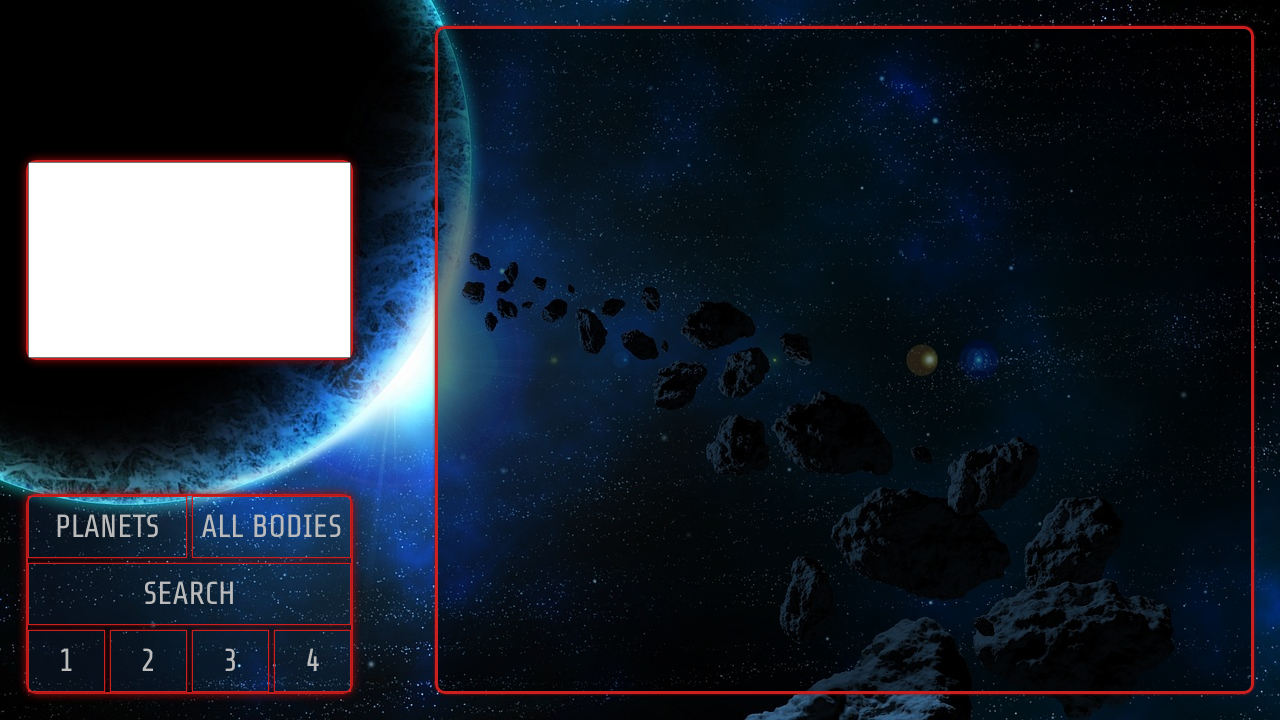
Repository: Przemek-Szadkowski/space-bodies
Page: /
An editor plug-in stored every save of this project. The page is shown before and after the next save, followed by the edit.
The browser window is 1280 px wide. The pictures show the whole page.
The page's requests for data from a server got no answer. The project was rebuilt for these pictures with package versions that can differ from the ones it lists, and the page was loaded fresh each time. No one was signed in, and anything a server would have sent is missing. Also part of the build but not shown: src/components/BodieRecord.js.

Above is the page before, as saved 2021-11-27 14:04:12.

After the next save:
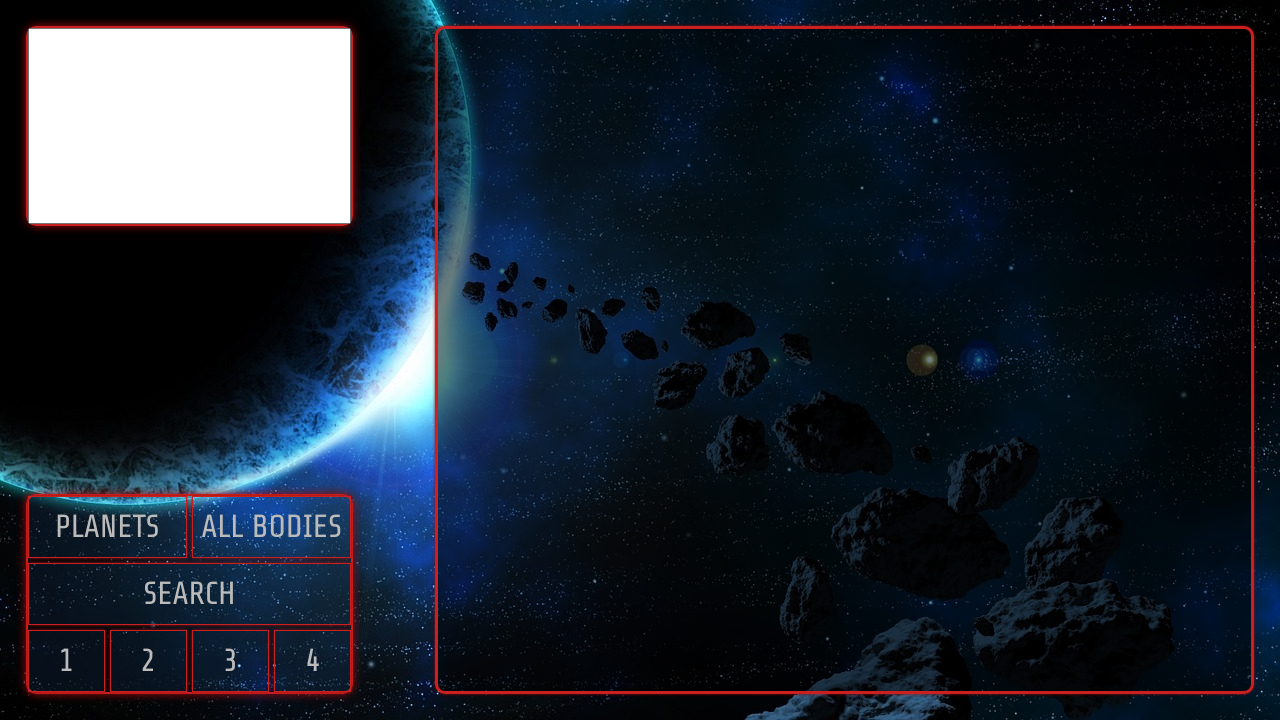
Saved 19 s later.
--- a/src/index.css
+++ b/src/index.css
@@ -149,7 +149,7 @@ main {
   display: grid;
   grid-template-columns: 1fr;
   grid-template-rows: 1fr;
-  align-self: end;
+  align-self: start;
   justify-self: start;
   grid-area: 1/1/2/2;
   height: 200px;
